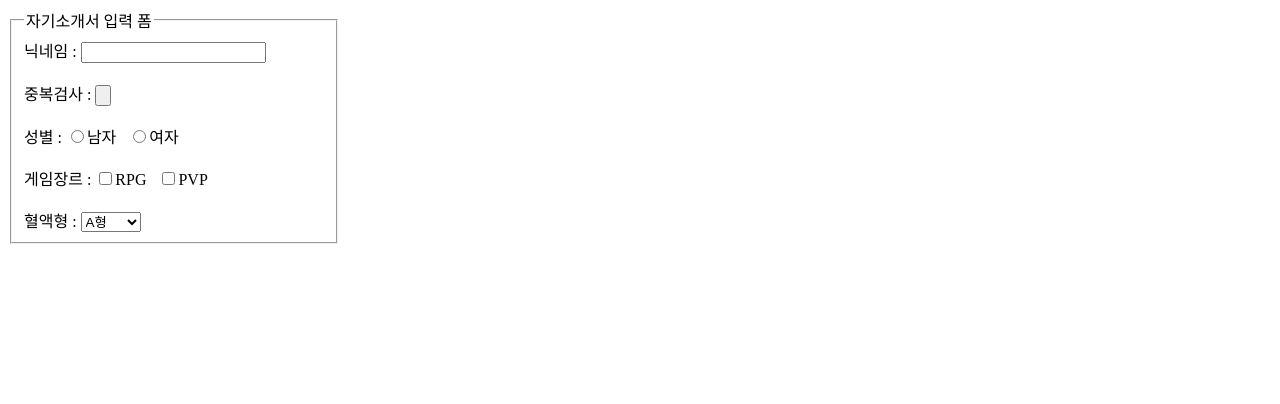
Repository: parkgyutaee/My_JAVA_Project
Page: http://localhost/JSPStudy/test04_05.jsp
The author's editor kept a copy of each file at every save. The page is drawn from the files as they stood at one save, then again after the next save.
The browser window is 1280 px wide. The pictures show the whole page.
The page is served by Tomcat 10. Other server files are loaded and not shown.

Above is the page before, as saved 2025-07-10 07:35:40.

### Workspace/JSPStudy/src/main/webapp/test04_05.jsp
<%@ page language="java" contentType="text/html; charset=UTF-8"
    pageEncoding="UTF-8"%>
<!DOCTYPE html>
<html>
<head>
<meta charset="UTF-8">
<title>자기소개서 입력 폼입니다</title>
</head>
<body>
	<form action="#" method = "get">
		<fieldset style = "width:300px">
			<legend> 자기소개서 입력 폼</legend>
			닉네임 : <input type = "text"  name = "name"> <br><br>
			중복검사 : <input type = "button"  name = "check"> <br><br>
			성별 : <input type = "radio"  name = "gender">남자 &nbsp; <input type = "radio"  name = "gender">여자 &nbsp; <br><br>
			게임장르 : <input type = "checkbox"  name = "rpg">RPG &nbsp; <input type = "checkbox"  name = "PVP">PVP &nbsp; <br><br>
			혈액형 :
			<select name = "choice" style = "width:60px; height:20.5px">
				<option value = "A">A형</option>
				<option value = "B">B형</option>
			    <option value = "AB">AB형</option>
			    <option value = "O">O형</option>
			</select>


		</fieldset>
	</form>

</body>
</html>

After the next save:
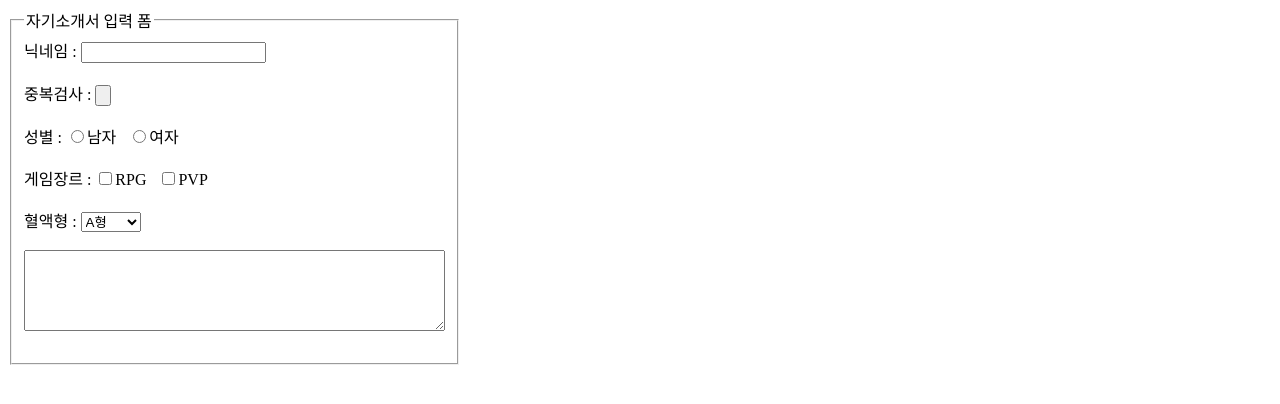
Saved 67 s later.
--- a/Workspace/JSPStudy/src/main/webapp/test04_05.jsp
+++ b/Workspace/JSPStudy/src/main/webapp/test04_05.jsp
@@ -20,7 +20,10 @@
 				<option value = "B">B형</option>
 			    <option value = "AB">AB형</option>
 			    <option value = "O">O형</option>
-			</select>
+			</select> <br><br>
+
+			<textarea rows="5" cols="50">
+			</textarea> <br><br>
 
 
 		</fieldset>
